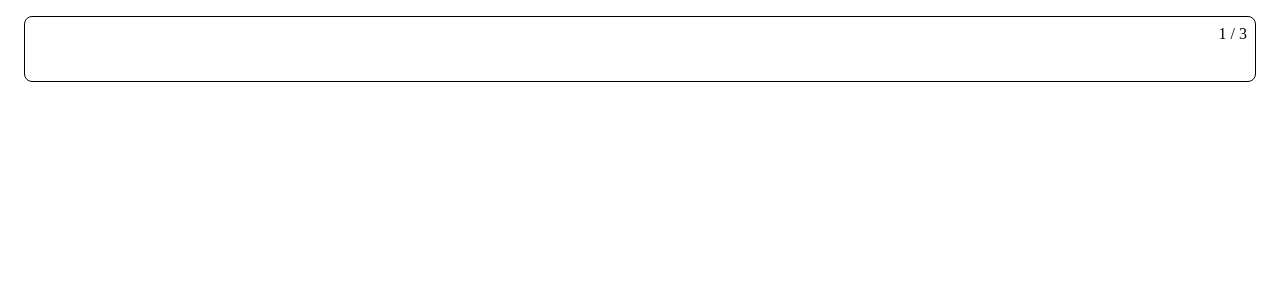
Repository: mohamediyas/reactMultiForm
Page: /
The author's editor kept a copy of each file at every save. The page is drawn from the files as they stood at one save, then again after the next save.
The browser window is 1280 px wide. The pictures show the whole page.
The project was rebuilt for these pictures with package versions that can differ from the ones it lists, and the page was loaded fresh each time. Also part of the build but not shown: vite.config.ts.

Above is the page before, as saved 2022-10-08 19:34:00.

After the next save:
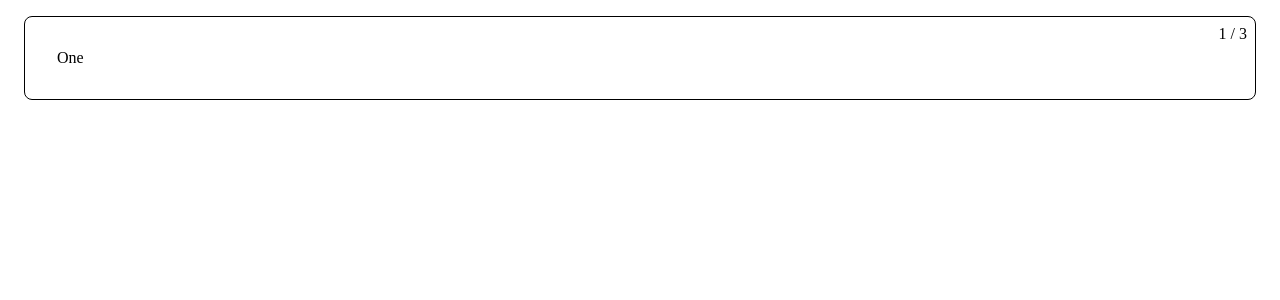
Saved 105 s later.
--- a/src/App.tsx
+++ b/src/App.tsx
@@ -34,6 +34,8 @@ function App() {
         >
           {currentstepIndex + 1} / {steps.length}
         </div>
+
+        {step}
       </form>
     </div>
   );
